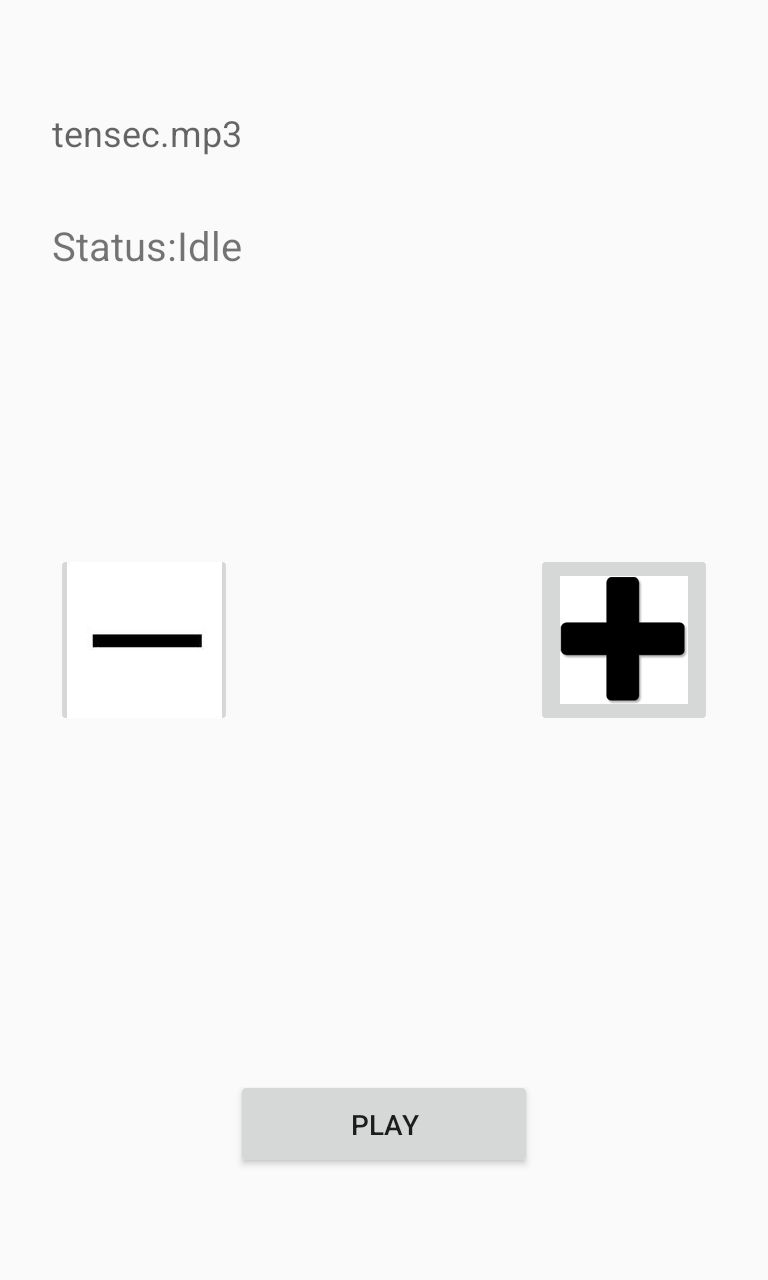
Repository: AlvaroCortez/Assigment2
Layout: AudioPlayer/res/layout/media_player_layout.xml
These files come from the project's save history. The layout is drawn as it stood at one moment and after the next save; the edit follows.
It is drawn on a 768 x 1280 px phone screen (xhdpi) without system bars, with theme AppTheme; the app's code is not run.

Above is the layout before, as saved 2014-06-04 17:50:17.

### AudioPlayer/res/layout/media_player_layout.xml
<?xml version="1.0" encoding="utf-8"?>
<RelativeLayout xmlns:android="http://schemas.android.com/apk/res/android"
    android:layout_width="match_parent"
    android:layout_height="match_parent" >

    <Button
        android:id="@+id/audio_button"
        android:layout_width="150dp"
        android:layout_height="wrap_content"
        android:layout_alignParentBottom="true"
        android:layout_centerHorizontal="true"
        android:layout_marginBottom="54dp"
        android:text="@string/button_text"
        android:onClick="onClick" />

    <TextView
        android:id="@+id/status_text"
        android:layout_width="150dp"
        android:layout_height="wrap_content"
        android:layout_alignParentLeft="true"
        android:layout_alignParentTop="true"
        android:layout_marginLeft="26dp"
        android:layout_marginTop="109dp"
        android:gravity="center|left"
        android:text="@string/textView_text"
        android:textSize="20sp" />

    <TextView
        android:id="@+id/mp3_text"
        android:layout_width="wrap_content"
        android:layout_height="wrap_content"
        android:layout_alignLeft="@+id/status_text"
        android:layout_alignParentTop="true"
        android:layout_marginTop="54dp"
        android:text="@string/text_mp3"
        android:textAppearance="?android:attr/textAppearanceMedium" />

    <ImageButton
        android:id="@+id/imageButton_volume_plus"
        android:layout_width="90dp"
        android:layout_height="90dp"
        android:layout_centerVertical="true"
        android:layout_toRightOf="@+id/audio_button"
        android:src="@drawable/plus" />

    <ImageButton
        android:id="@+id/imageButton_volume_minus"
        android:layout_width="90dp"
        android:layout_height="90dp"
        android:layout_centerVertical="true"
        android:layout_toLeftOf="@+id/audio_button"
        android:src="@drawable/minus" />

</RelativeLayout>

### AudioPlayer/res/values/strings.xml
<?xml version="1.0" encoding="utf-8"?>
<resources>

    <string name="app_name">AudioPlayer</string>
    <string name="hello_world">Hello world!</string>
    <string name="action_settings">Settings</string>
    <string name="button_text">Play</string>
    <string name="textView_text">Status:Idle</string>
    <string name="text_mp3">tensec.mp3</string>

</resources>

Loaded but not shown: AudioPlayer/res/values/styles.xml (common file); AudioPlayer/res/values-v11/styles.xml (common file); AudioPlayer/res/values-v14/styles.xml (common file)

After the next save:
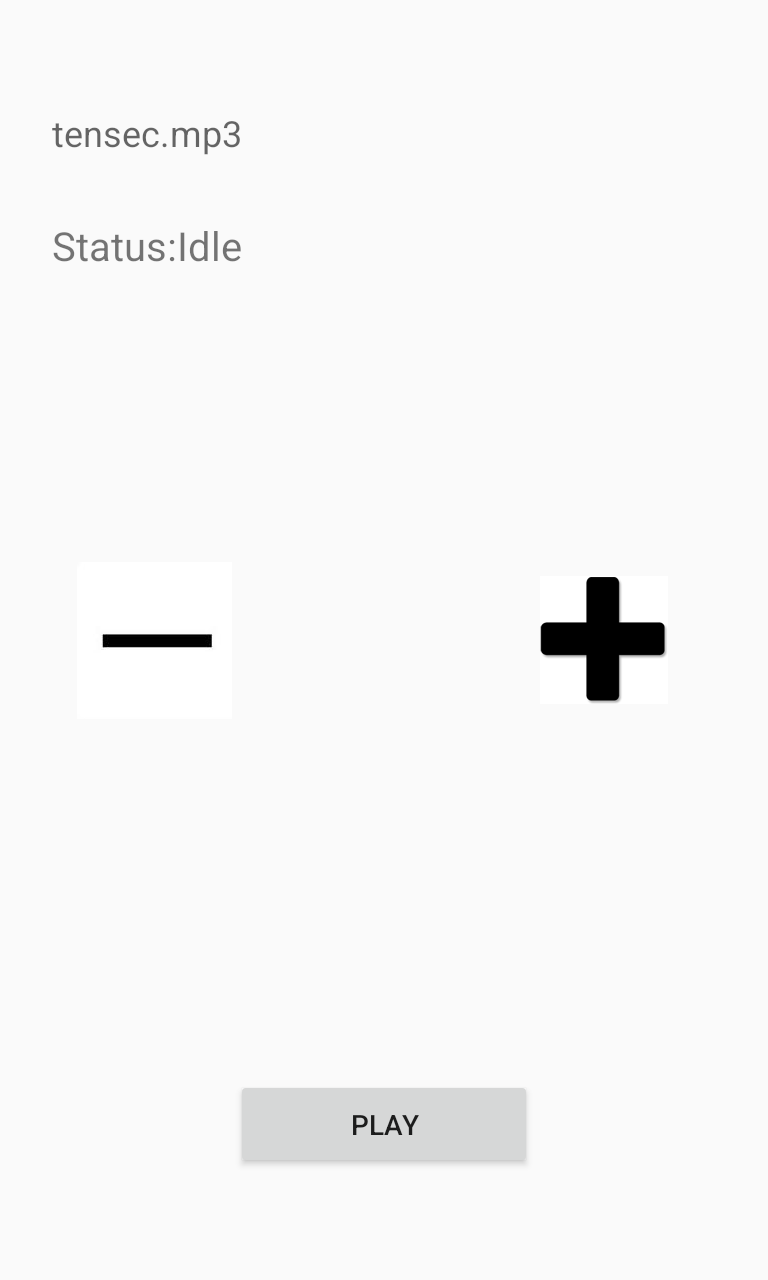
Saved 3 min 58 s later.
--- a/AudioPlayer/res/layout/media_player_layout.xml
+++ b/AudioPlayer/res/layout/media_player_layout.xml
@@ -37,16 +37,16 @@
 
     <ImageButton
         android:id="@+id/imageButton_volume_plus"
-        android:layout_width="90dp"
-        android:layout_height="90dp"
+        android:layout_width="70dp"
+        android:layout_height="70dp"
         android:layout_centerVertical="true"
         android:layout_toRightOf="@+id/audio_button"
         android:src="@drawable/plus" />
 
     <ImageButton
         android:id="@+id/imageButton_volume_minus"
-        android:layout_width="90dp"
-        android:layout_height="90dp"
+        android:layout_width="80dp"
+        android:layout_height="80dp"
         android:layout_centerVertical="true"
         android:layout_toLeftOf="@+id/audio_button"
         android:src="@drawable/minus" />
